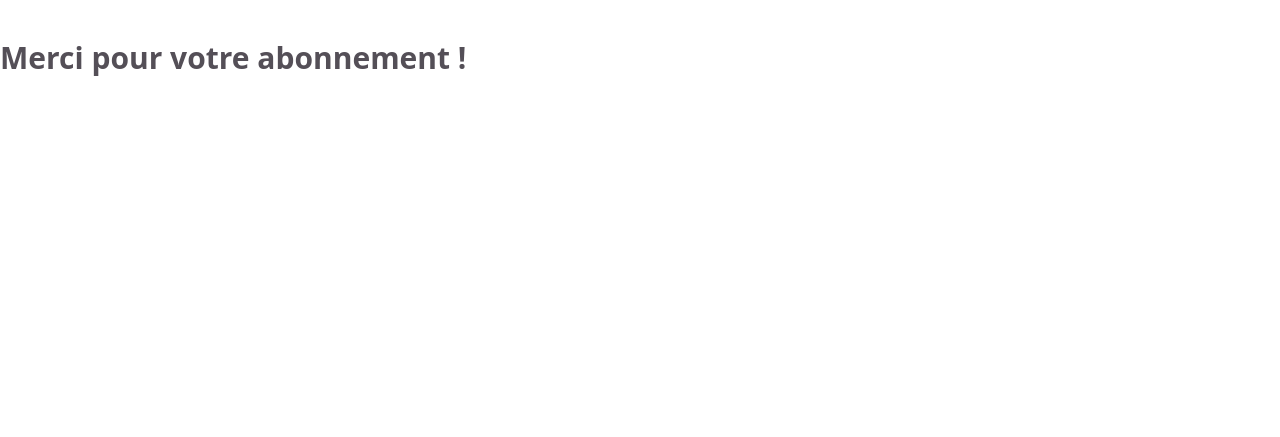
Repository: Irajiack/TP2_CamilleElisabethBleau_CarmenFerlatte
Page: confirmation.html
These files come from the project's save history. The page is drawn as it stood at one moment and after a run of saves; the edit follows.
The browser window is 1280 px wide. The pictures show the whole page.
Some web libraries are served in a nearby version.

Above is the page before, as saved 2024-06-23 14:03:19.

After the next 3 saves:
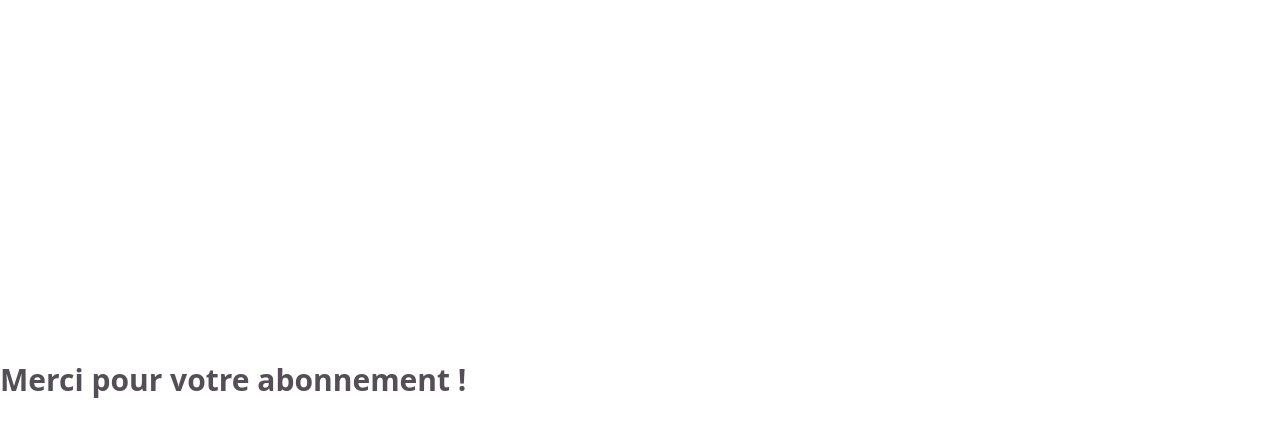
The 3 saves are shown as one change because they came seconds apart.
The last was saved 9 s later.
--- a/confirmation.html
+++ b/confirmation.html
@@ -8,7 +8,7 @@
 </head>
 <body>
     <main>
-        <div class="flex w-screen h-screen bg[f1f4f6]">
+        <div class="flex w-screen h-screen bg[#f1f4f6] items-center">
             <h1 class="mt-10 text-3xl text-[#544F57] font-extrabold">Merci pour votre abonnement !</h1>
         </div>
     </main>

After the save that followed:
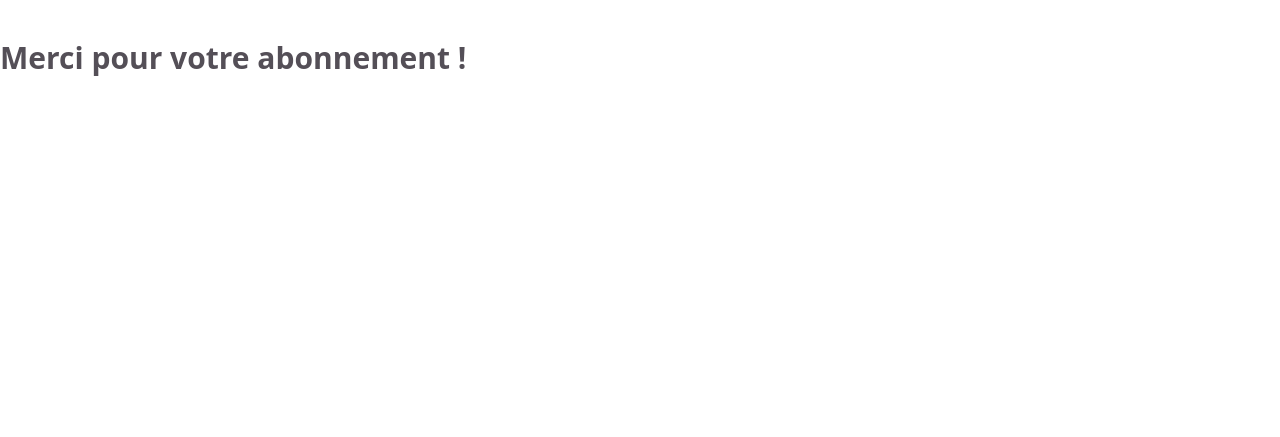
Saved 10 s later.
--- a/confirmation.html
+++ b/confirmation.html
@@ -8,7 +8,7 @@
 </head>
 <body>
     <main>
-        <div class="flex w-screen h-screen bg[#f1f4f6] items-center">
+        <div class="flex w-screen h-screen bg[#f1f4f6] justify-items-center">
             <h1 class="mt-10 text-3xl text-[#544F57] font-extrabold">Merci pour votre abonnement !</h1>
         </div>
     </main>
